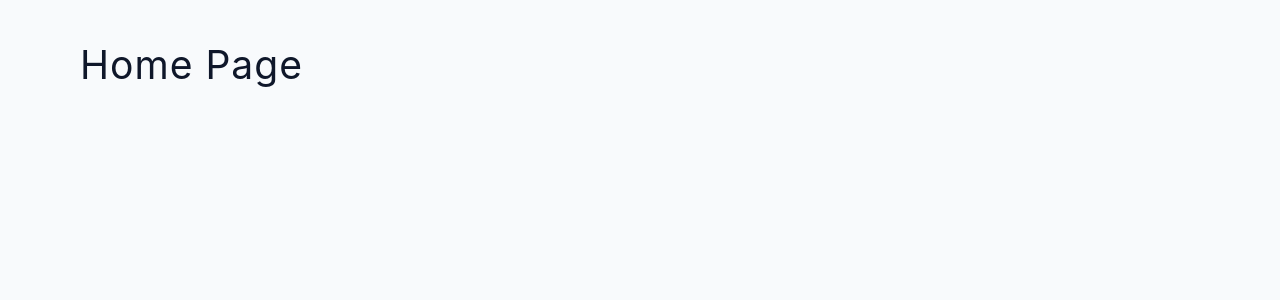
Repository: kennedyowusu/react-router-tutorial
Page: /products
These files come from the project's save history. The page is drawn as it stood at one moment and after a run of saves; the edit follows.
The browser window is 1280 px wide. The pictures show the whole page.
The project was rebuilt for these pictures with package versions that can differ from the ones it lists, and the page was loaded fresh each time. Also part of the build but not shown: src/pages/About.js.

Above is the page before, as saved 2022-12-27 13:57:35.

### src/App.js
import { BrowserRouter, Routes, Route } from "react-router-dom";
import Home from "./pages/Home";
import About from "./pages/About";
import Products from "./pages/Products";

function App() {
  return (
    <BrowserRouter>
    <Routes>
      <Route path="/" element={<Home />}>
          <Route path="/about" element={<About />} />
          <Route path="/products" element={<Products />} />

      </Route>
    </Routes>

    </BrowserRouter>
  );
}

export default App;

Loaded but not shown: public/index.html (common file); src/index.js (common file); src/index.css (common file); src/pages/Home.js (common file); src/pages/Products.js (common file)

After the next 2 saves:
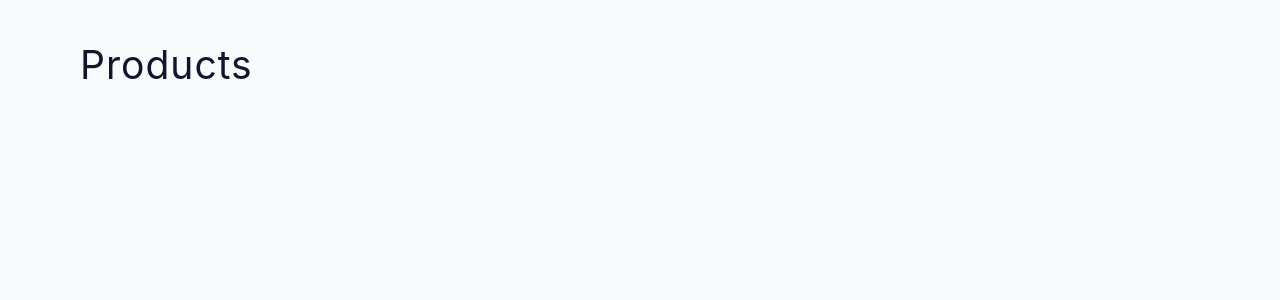
The 2 saves are shown as one change because 1 did not build or start.
The last was saved 92 s later.
--- a/src/App.js
+++ b/src/App.js
@@ -6,13 +6,12 @@ import Products from "./pages/Products";
 function App() {
   return (
     <BrowserRouter>
-    <Routes>
-      <Route path="/" element={<Home />}>
-          <Route path="/about" element={<About />} />
-          <Route path="/products" element={<Products />} />
+      <Routes>
+        <Route path="/" element={<Home />} />
+        <Route path="/about" element={<About />} />
+        <Route path="/products" element={<Products />} />
 
-      </Route>
-    </Routes>
+      </Routes>
 
     </BrowserRouter>
   );
